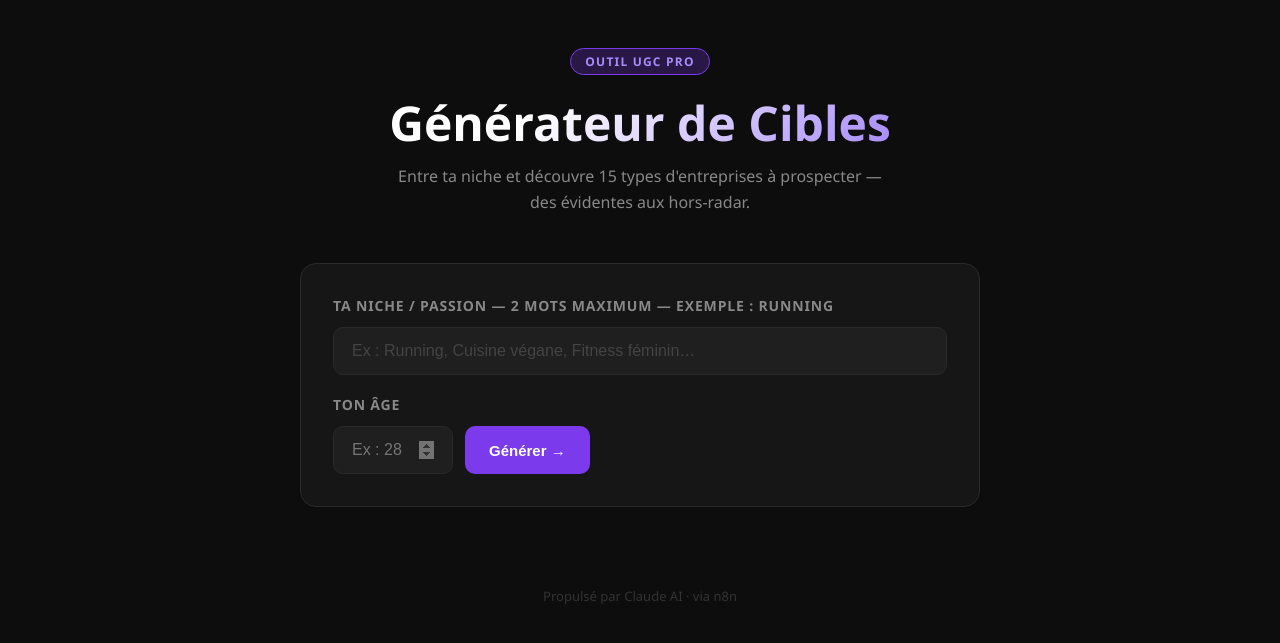
Repository: lucasDVP1234/generateur_cible
Page: index.html
These files come from the project's save history. The page is drawn as it stood at one moment and after the next save; the edit follows.
The browser window is 1280 px wide. The pictures show the whole page.
The page's requests for data from a server got no answer.

Above is the page before, as saved 2026-03-13 12:17:30.

After the next save:
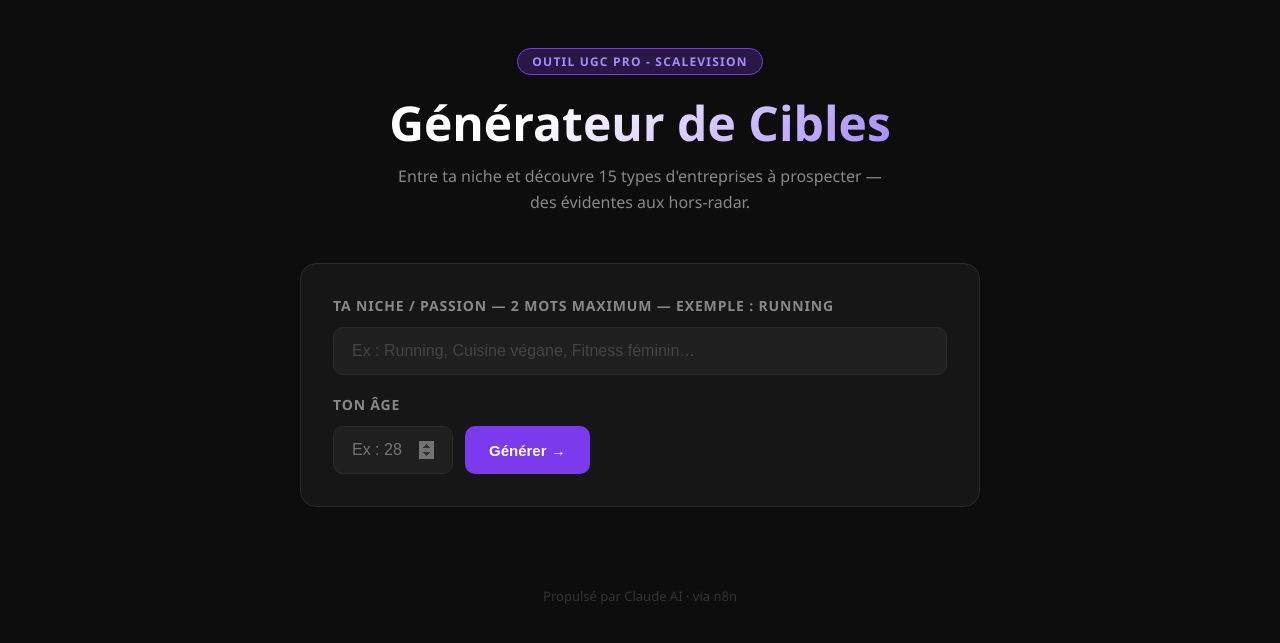
Saved 3 h 39 min later.
--- a/index.html
+++ b/index.html
@@ -328,6 +328,23 @@
       background: transparent;
     }
 
+    #reset-btn-top {
+      background: transparent;
+      border: 1px solid var(--border);
+      color: var(--muted);
+      font-size: 13px;
+      font-weight: 600;
+      padding: 8px 16px;
+      border-radius: 8px;
+    }
+
+    #reset-btn-top:hover {
+      border-color: var(--accent);
+      color: #a78bfa;
+      box-shadow: none;
+      background: transparent;
+    }
+
     /* History */
     #history-section {
       width: 100%;
@@ -425,7 +442,7 @@
 <body>
 
   <header>
-    <div class="badge">Outil UGC Pro</div>
+    <div class="badge">Outil UGC Pro - Scalevision</div>
     <h1>Générateur de Cibles</h1>
     <p>Entre ta niche et découvre 15 types d'entreprises à prospecter — des évidentes aux hors-radar.</p>
   </header>
@@ -470,6 +487,7 @@
     <div class="result-header">
       <span class="result-title">15 cibles pour ta niche</span>
       <span class="niche-tag" id="niche-tag"></span>
+      <button id="reset-btn-top" onclick="reset()">← Nouvelle recherche</button>
     </div>
     <div id="result-content"></div>
     <button id="reset-btn" onclick="reset()">← Nouvelle recherche</button>
